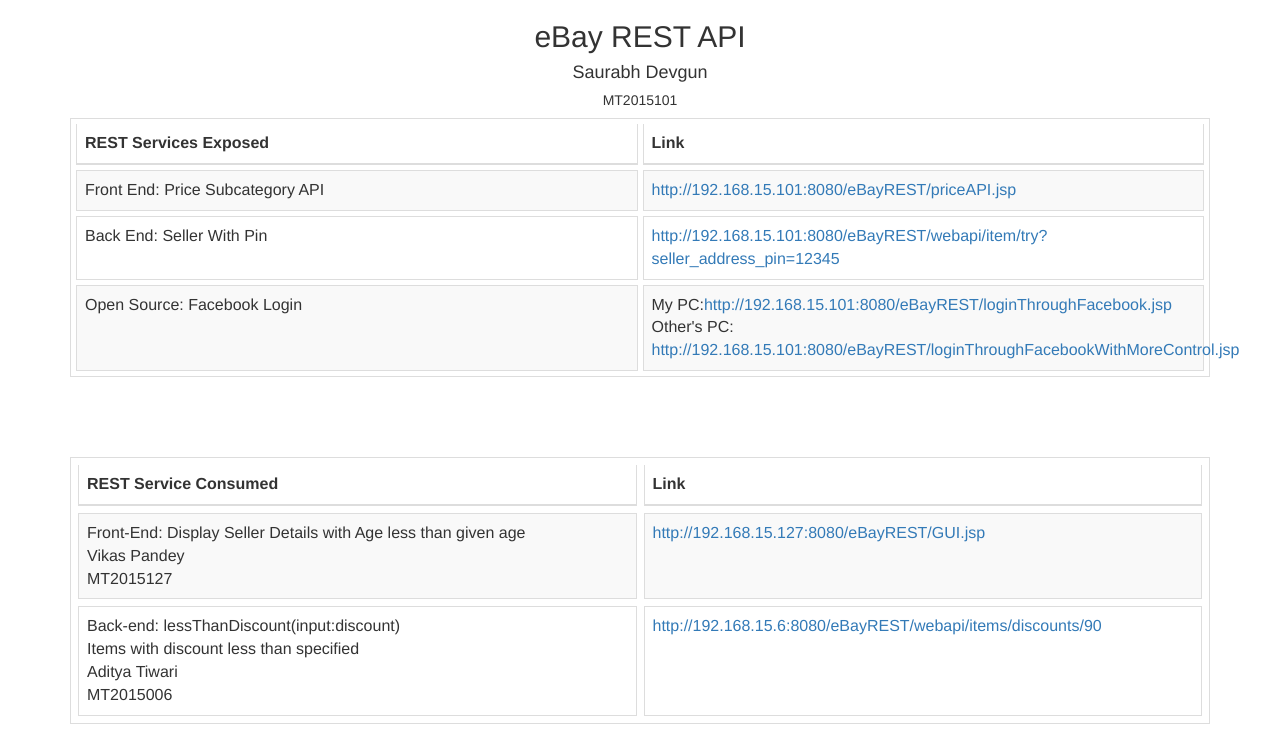
Repository: saurabh-devgun-iiitb/RESTProject
Page: http://localhost/eBayREST/
These files come from the project's save history. The page is drawn as it stood at one moment and after the next save; the edit follows.
The browser window is 1280 px wide. The pictures show the whole page.
The page is served by Tomcat 9.

Above is the page before, as saved 2016-07-23 11:51:02.

After the next save:
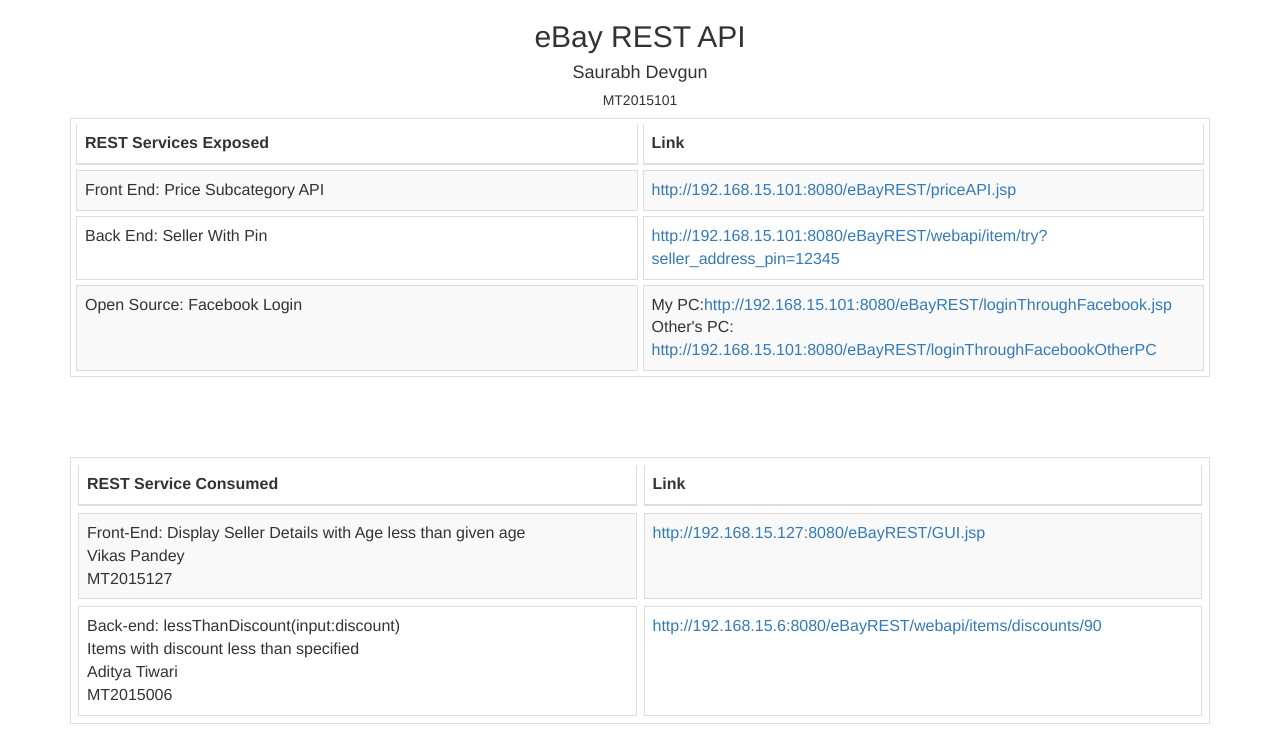
Saved 61 s later.
--- a/eBayREST/WebContent/index.jsp
+++ b/eBayREST/WebContent/index.jsp
@@ -39,7 +39,7 @@
         <tr>
           <td>Open Source: Facebook Login</td>
           <td>My PC:<a href="loginThroughFacebook.jsp">http://192.168.15.101:8080/eBayREST/loginThroughFacebook.jsp</a>
-				<br>Other's PC: <a href="loginThroughFacebookWithMoreControl.jsp">http://192.168.15.101:8080/eBayREST/loginThroughFacebookWithMoreControl.jsp</a>
+				<br>Other's PC: <a href="loginThroughFacebookWithMoreControl.jsp">http://192.168.15.101:8080/eBayREST/loginThroughFacebookOtherPC</a>
           </td>
         </tr>
       </tbody>
